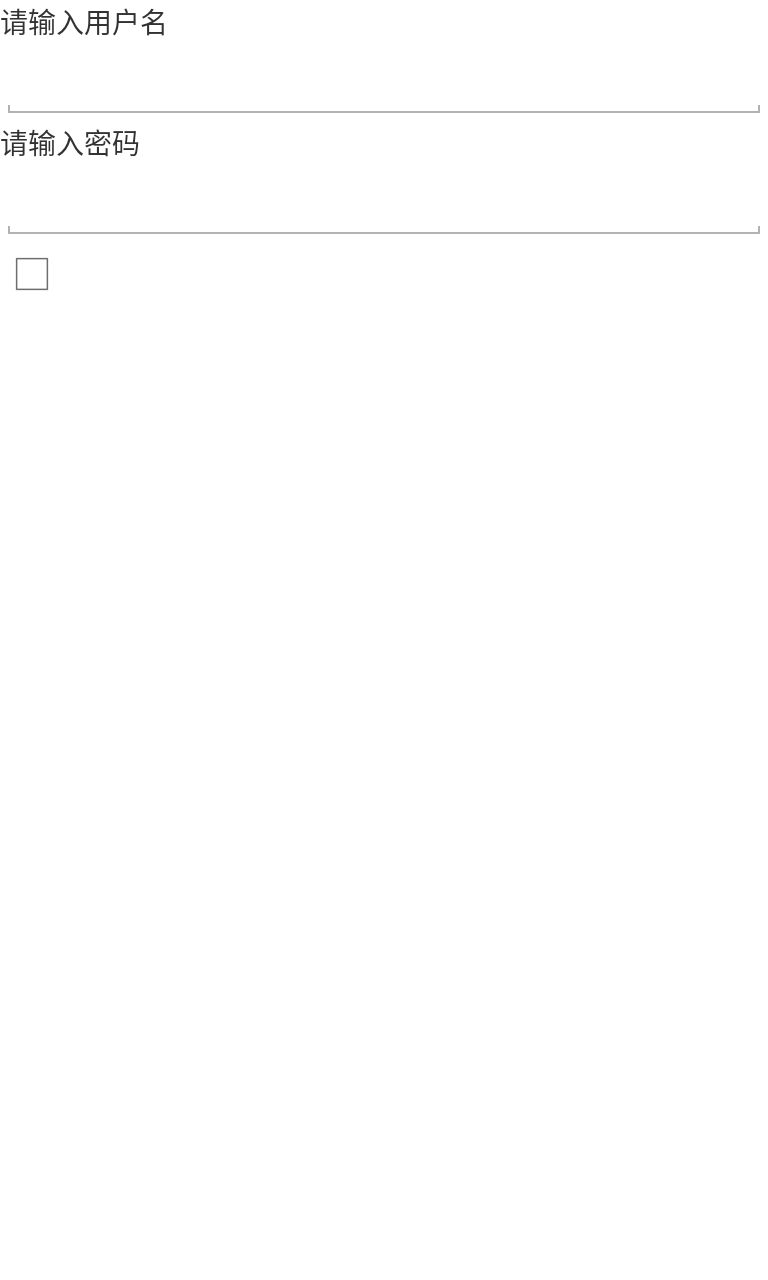
Repository: DongHuaLu/android
Layout: 11SharedPreference/res/layout/activity_main.xml
The author's editor kept a copy of each file at every save. The layout is drawn from the files as they stood at one save, then again after a run of saves.
It is drawn on a 768 x 1280 px phone screen (xhdpi) without system bars, with theme AppTheme; the app's code is not run.

Above is the layout before, as saved 2013-08-20 08:34:46.

### 11SharedPreference/res/layout/activity_main.xml
<LinearLayout xmlns:android="http://schemas.android.com/apk/res/android"
    xmlns:tools="http://schemas.android.com/tools"
    android:layout_width="match_parent"
    android:layout_height="match_parent"
    android:orientation="vertical"
    tools:context=".MainActivity" >

    <TextView
        android:layout_width="match_parent"
        android:layout_height="wrap_content"
        android:text="请输入用户名" />

    <EditText
        android:id="@+id/etUsername"
        android:layout_width="match_parent"
        android:layout_height="wrap_content"
        android:inputType="text" />

    <TextView
        android:layout_width="match_parent"
        android:layout_height="wrap_content"
        android:text="请输入密码" />

    <EditText
        android:id="@+id/etPassword"
        android:layout_width="match_parent"
        android:layout_height="wrap_content"
        android:inputType="textPassword" />

    <RelativeLayout
        android:layout_width="match_parent"
        android:layout_height="wrap_content" >

        <CheckBox
            android:layout_width="wrap_content"
            android:layout_height="wrap_content" />
    </RelativeLayout>

</LinearLayout>

Loaded but not shown: 11SharedPreference/res/values/styles.xml (common file); 11SharedPreference/res/values-v11/styles.xml (common file); 11SharedPreference/res/values-v14/styles.xml (common file)

After the next 2 saves:
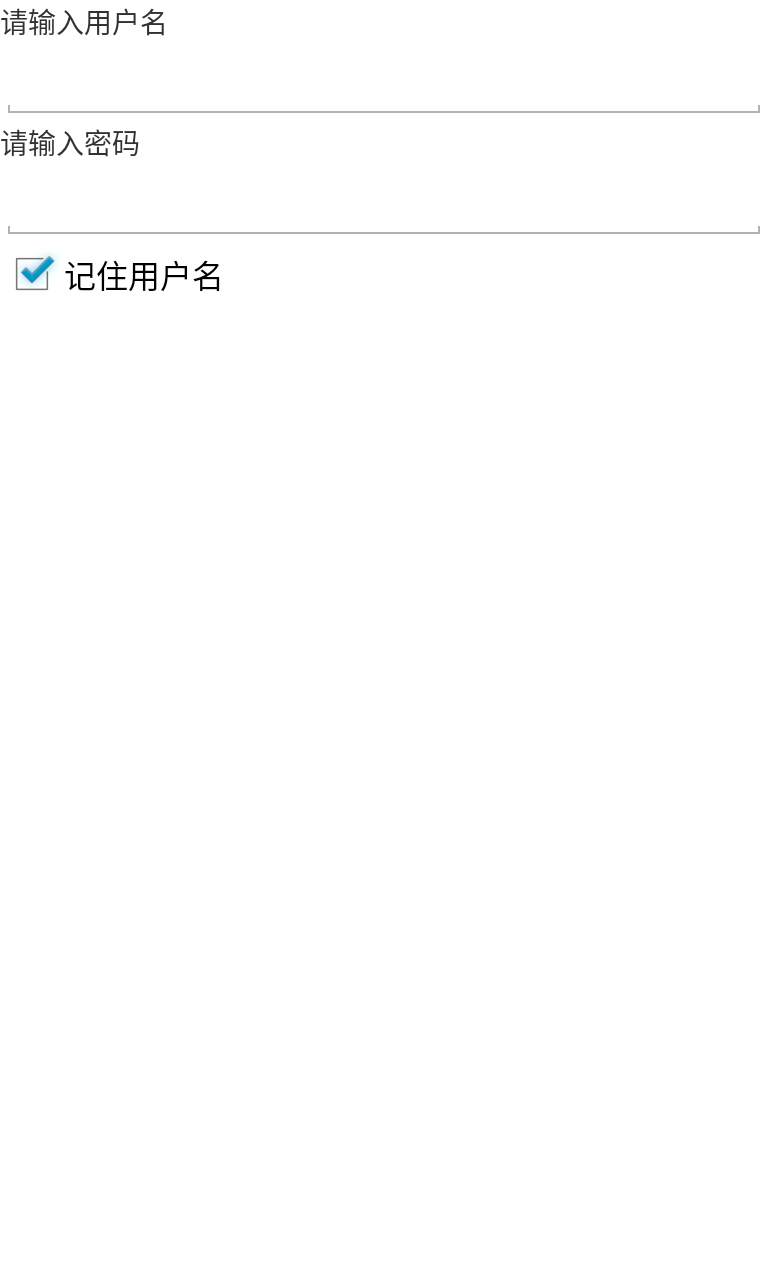
The 2 saves are shown as one change because they came seconds apart.
The last was saved 27 s later.
--- a/11SharedPreference/res/layout/activity_main.xml
+++ b/11SharedPreference/res/layout/activity_main.xml
@@ -33,7 +33,9 @@
 
         <CheckBox
             android:layout_width="wrap_content"
-            android:layout_height="wrap_content" />
+            android:layout_height="wrap_content"
+            android:checked="true"
+            android:text="记住用户名" />
     </RelativeLayout>
 
 </LinearLayout>
